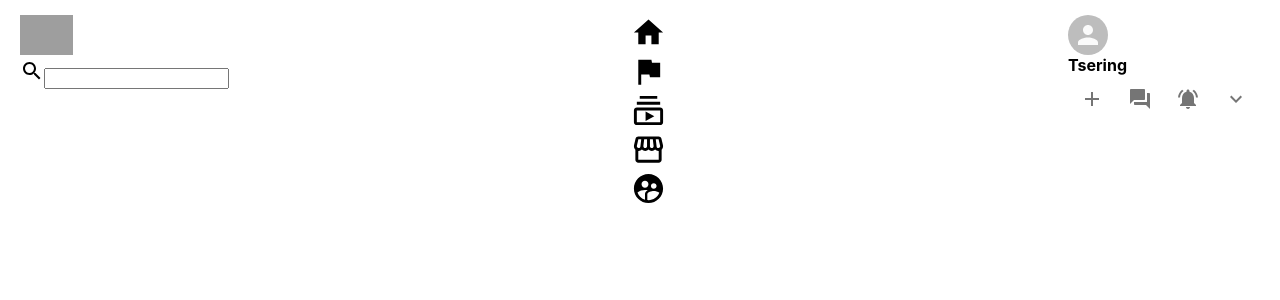
Repository: exiled-kal/FaceBook
Page: /
These files come from the project's save history. The page is drawn as it stood at one moment and after a run of saves; the edit follows.
The browser window is 1280 px wide. The pictures show the whole page.
Pictures or frames that could not be fetched are drawn as grey boxes. The project was rebuilt for these pictures with package versions that can differ from the ones it lists, and the page was loaded fresh each time. Also part of the build but not shown: src/App.css.

Above is the page before, as saved 2020-08-29 21:51:37.

After the next 3 saves:
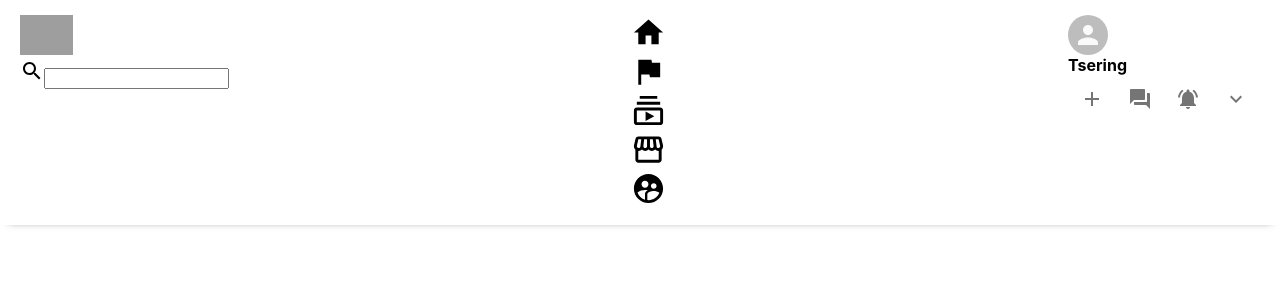
The 3 saves are shown as one change because they came seconds apart.
The last was saved 6 s later.
--- a/src/Header.css
+++ b/src/Header.css
@@ -6,7 +6,7 @@
   background-color: white;
   z-index: 100;
   top: 0;
-  box-shadow: 0px 5px 8px -9px rgba(0, 0 , 0, 0.);
+  box-shadow: 0px 5px 8px -9px rgba(0, 0, 0, 0.75);
 }
 
 .header__left > img {

After the save that followed:
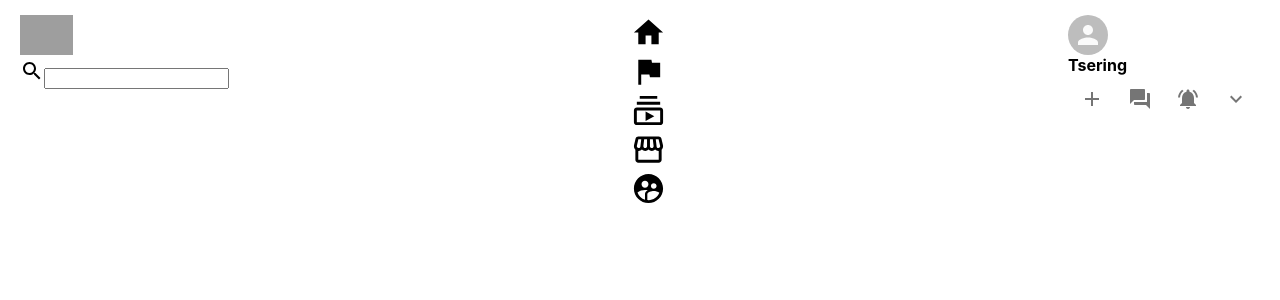
Saved 7 s later.
--- a/src/Header.css
+++ b/src/Header.css
@@ -6,7 +6,7 @@
   background-color: white;
   z-index: 100;
   top: 0;
-  box-shadow: 0px 5px 8px -9px rgba(0, 0, 0, 0.75);
+  /* box-shadow: 0px 5px 8px -9px rgba(0, 0, 0, 0.75); */
 }
 
 .header__left > img {
